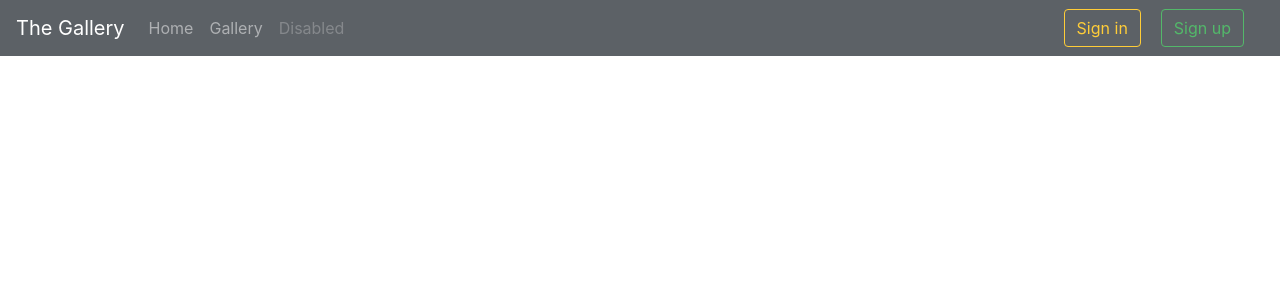
Repository: caramelsyrup/SpringProject1
Page: http://localhost/gallery/resources/includes/header.jsp
The author's editor kept a copy of each file at every save. The page is drawn from the files as they stood at one save, then again after the next save.
The browser window is 1280 px wide. The pictures show the whole page.
The page is served by Tomcat 9. Nobody is signed in. The application's start-up code is not run.

Above is the page before, as saved 2020-11-21 01:46:06.

After the next save:
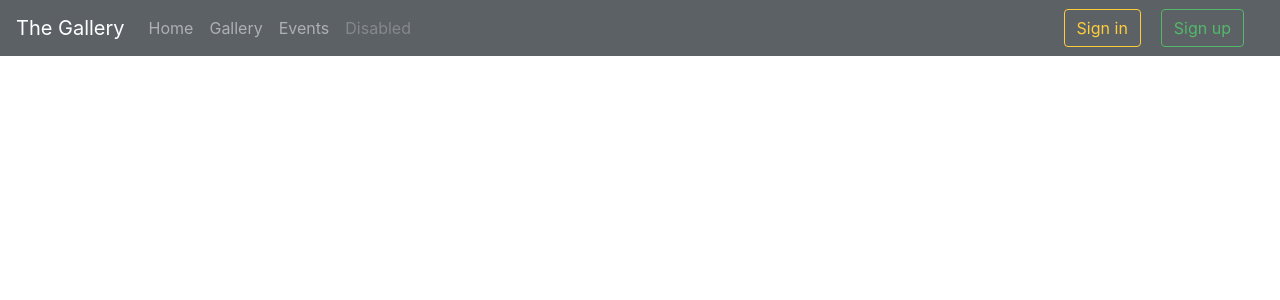
Saved 12 s later.
--- a/gallery/src/main/webapp/resources/includes/header.jsp
+++ b/gallery/src/main/webapp/resources/includes/header.jsp
@@ -33,12 +33,14 @@
         </li>
         <c:choose>
 	        <c:when test="">
-	        		        <li class="nav-item">
+	        	<li class="nav-item">
 		          <a class="nav-link" href="/events/elist">Events</a>
 		        </li>
 	        </c:when>
 			<c:otherwise>
-
+				        	<li class="nav-item">
+		          <a class="nav-link" href="/events/elist">Events</a>
+		        </li>
 			</c:otherwise>
         </c:choose>
         <li class="nav-item">
